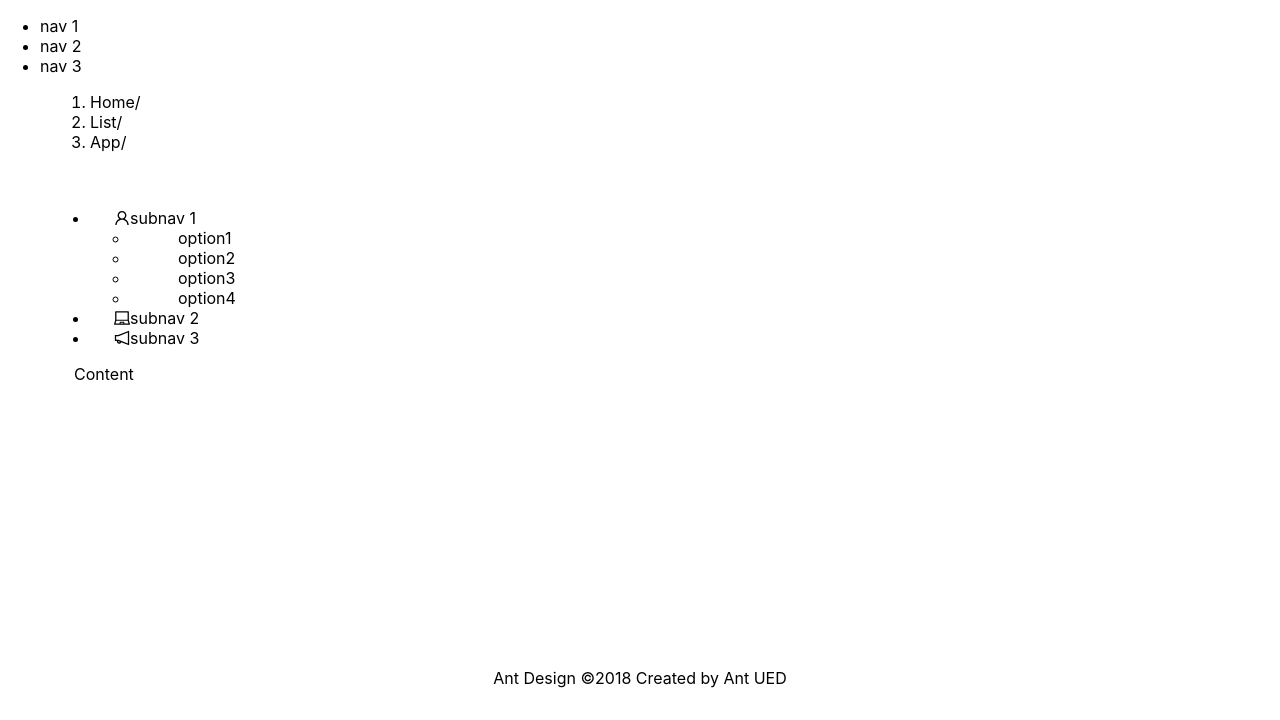
Repository: yangddoddi/community_react
Page: /
An editor plug-in stored every save of this project. The page is shown before and after the next save, followed by the edit.
The browser window is 1280 px wide. The pictures show the whole page.
The project was rebuilt for these pictures with package versions that can differ from the ones it lists, and the page was loaded fresh each time.

Above is the page before, as saved 2022-08-17 01:21:57.

After the next save:
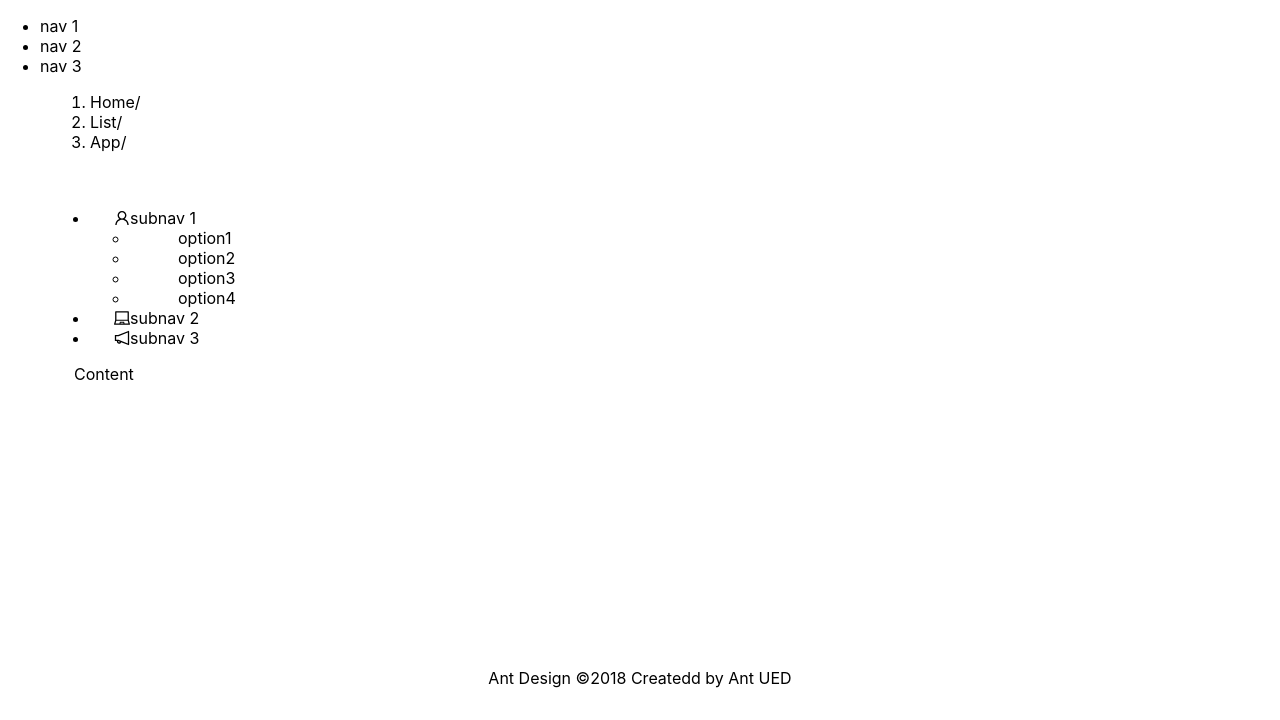
Saved 83 s later.
--- a/src/App.js
+++ b/src/App.js
@@ -85,7 +85,7 @@ const App = () => (
         textAlign: "center",
       }}
     >
-      Ant Design ©2018 Created by Ant UED
+      Ant Design ©2018 Createdd by Ant UED
     </Footer>
   </Layout>
 );
